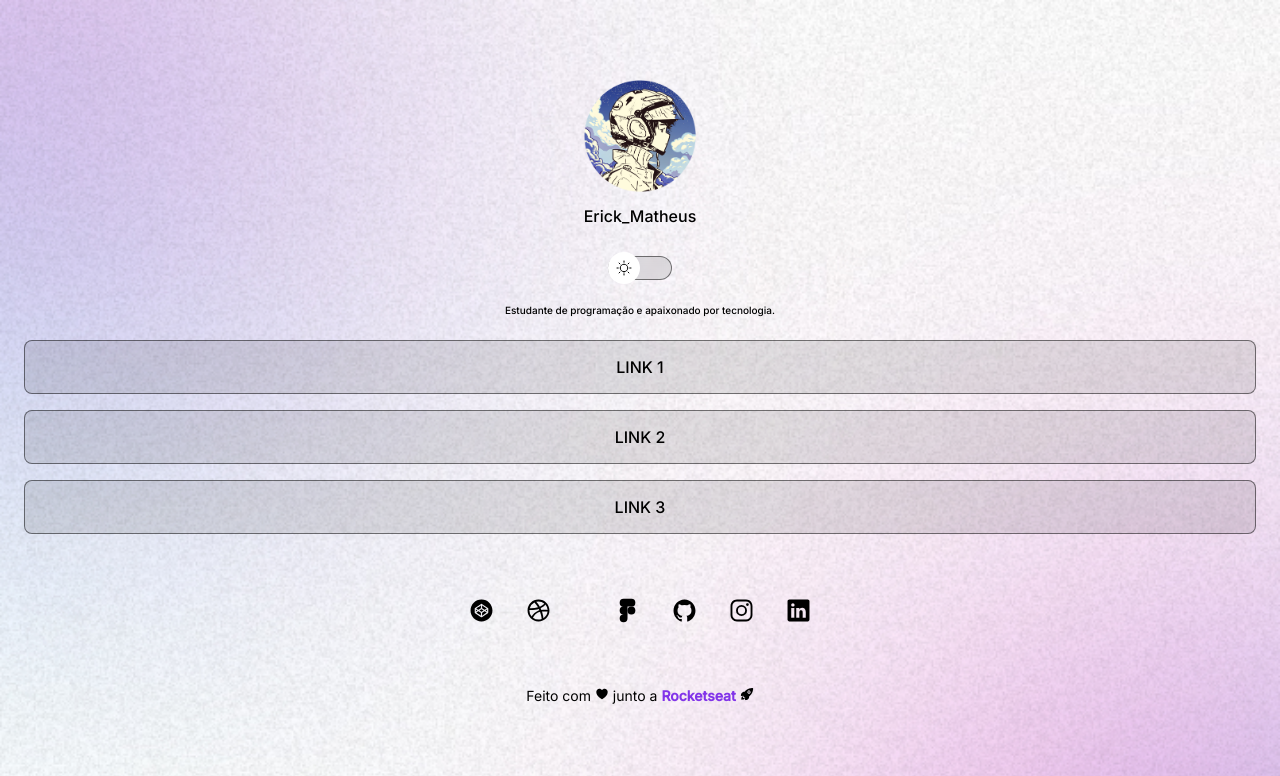
Repository: e-rickmatheus/project_dev_links
Page: index.html
An editor plug-in stored every save of this project. The page is shown before and after a run of saves, followed by the edit.
The browser window is 1280 px wide. The pictures show the whole page.

Above is the page before, as saved 2025-04-14 11:29:03.

After the next 7 saves:
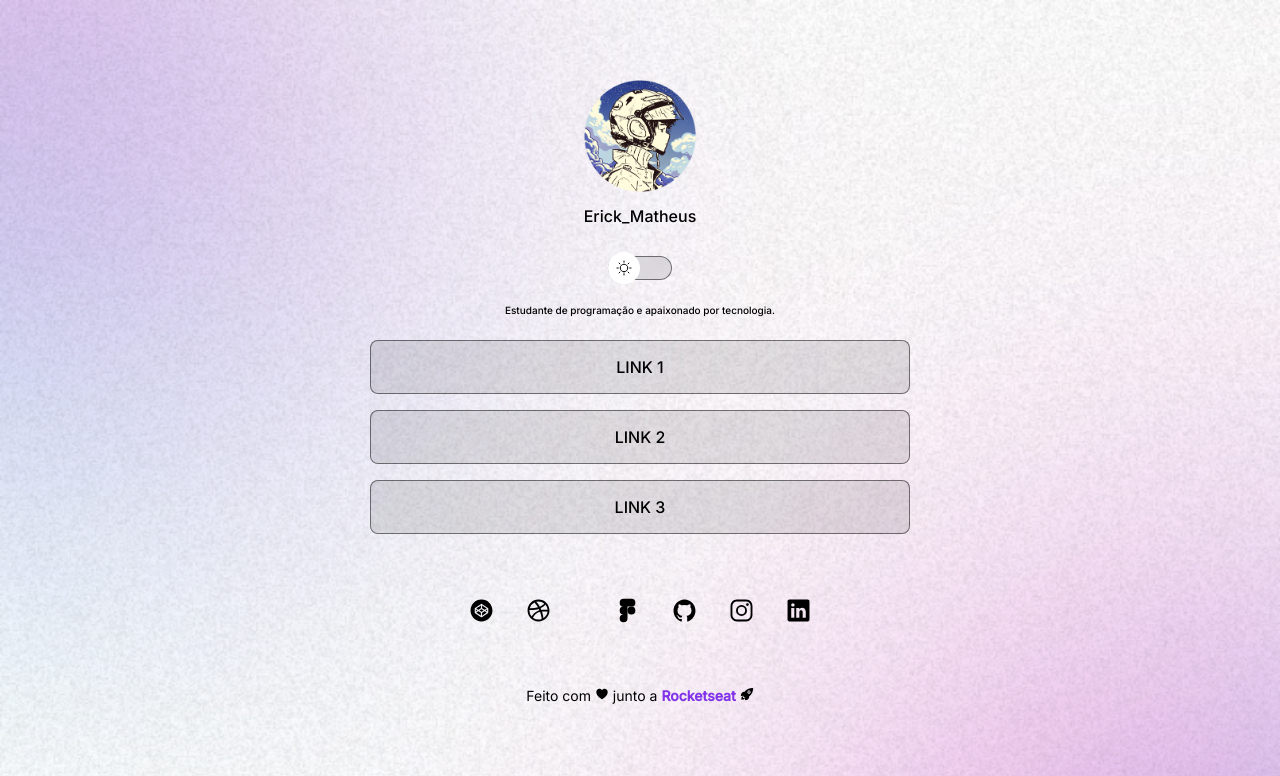
The 7 saves are shown as one change because they came seconds apart.
The last was saved 14 s later.
--- a/style.css
+++ b/style.css
@@ -72,8 +72,8 @@ body * { /* todos os elementos dentro do body */
 }
 
 #container {
-  width:  100%;
-  max-width: ;
+  width:  100%; /* largura do container */
+  max-width: 588px; /* largura máxima do container */
   margin: 56px auto 0px;
   display: block;
   padding: 0 24px;
